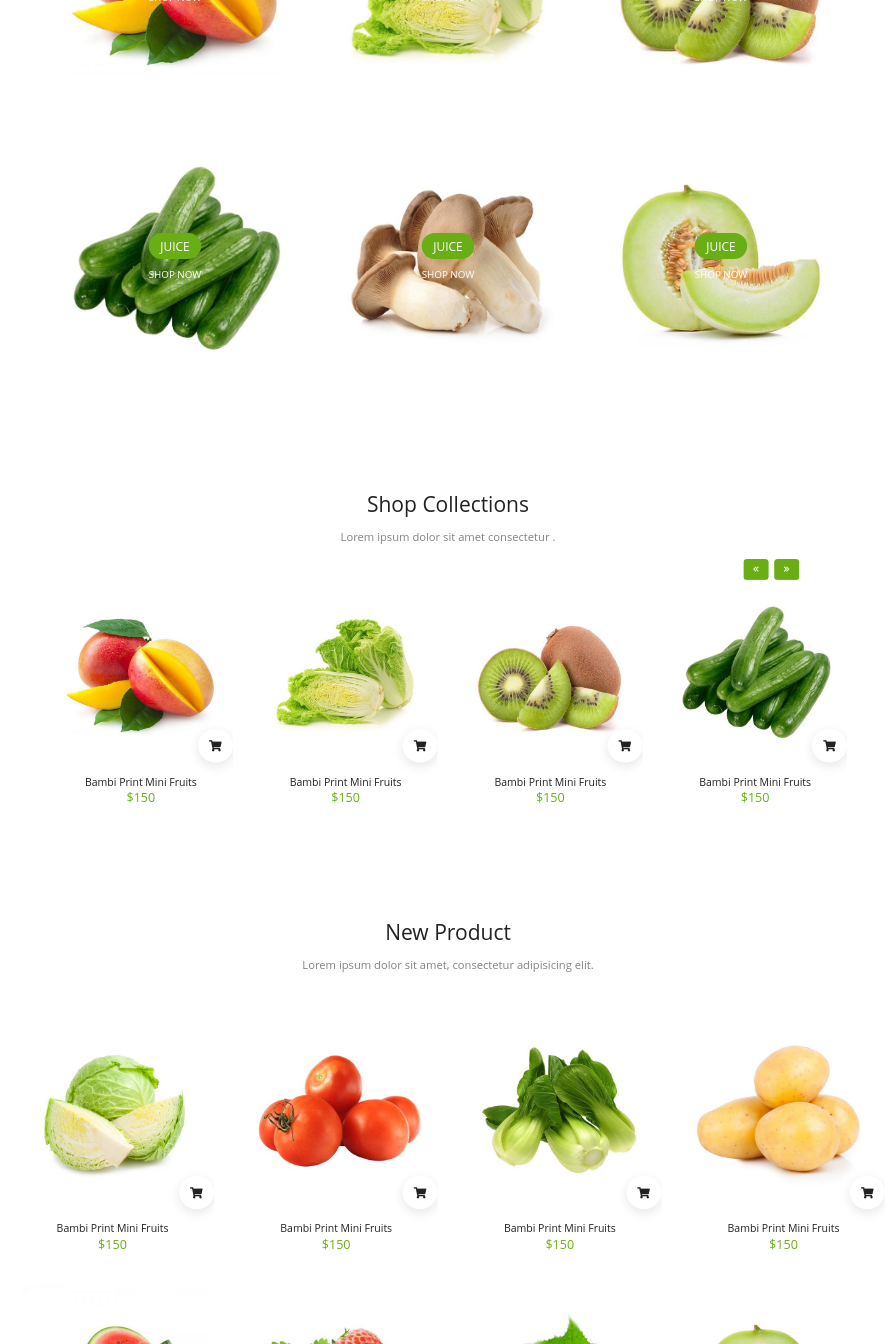
Repository: hoanggiainfomation/hoanggiainfomation.github.io
Page: index.html
These files come from the project's save history. The page is drawn as it stood at one moment and after the next save; the edit follows.
The browser window is 1280 px wide. The pictures show the part of the page from y = 1158 to 3078 px (the page is 3399 px tall), at 70% of full size.
Some web libraries are served in a nearby version.

Above is the page before, as saved 2021-08-18 00:43:04.

After the next save:
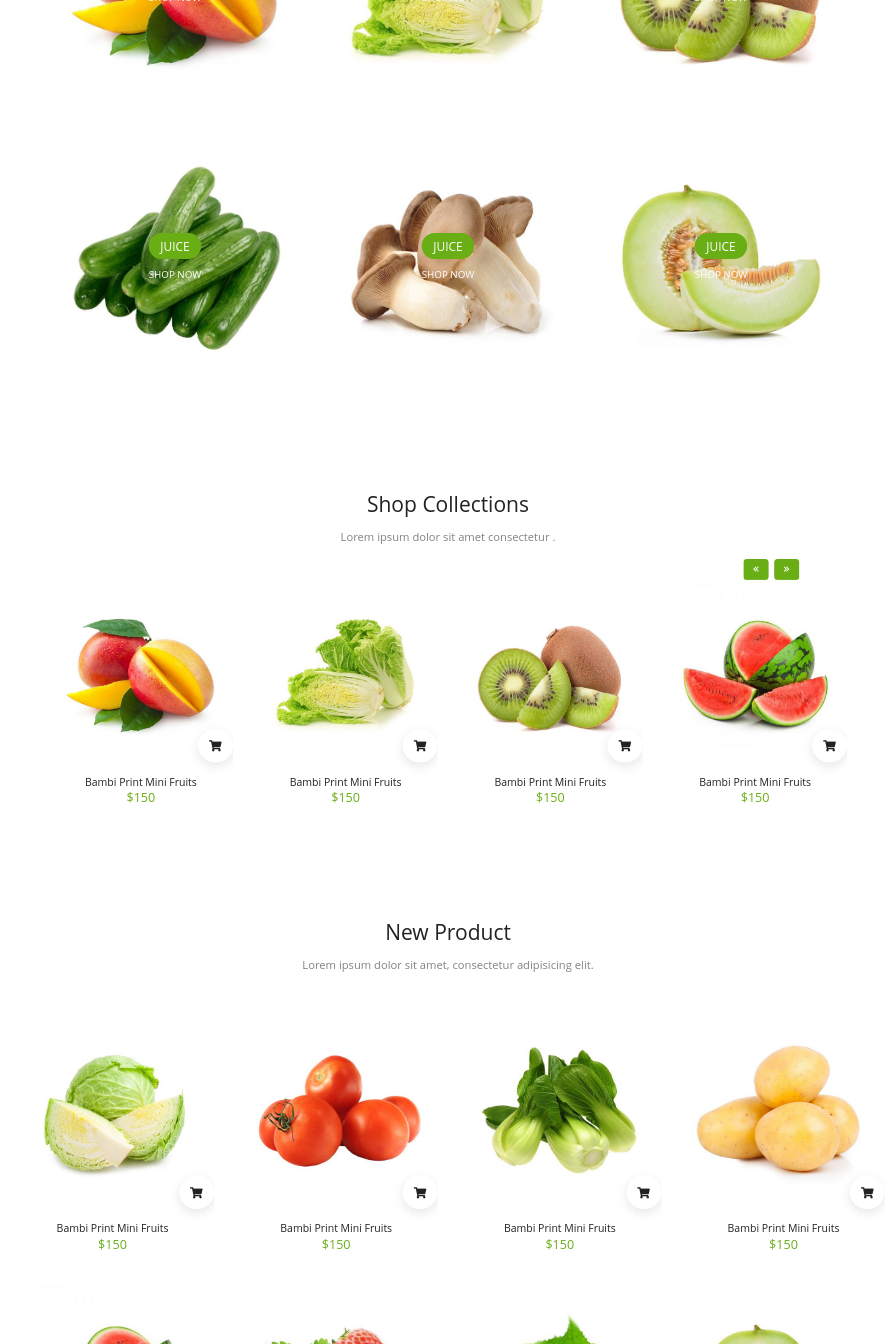
Not found: images/product-15.jpg
Saved 2 min 16 s later.
--- a/index.html
+++ b/index.html
@@ -331,6 +331,69 @@
             <div class="swiper-slide">
               <div class="product">
                 <div class="img-container">
+                  <img src="./images/product-13.jpg" alt="" />
+                  <div class="addCart">
+                    <i class="fas fa-shopping-cart"></i>
+                  </div>
+                  <ul class="side-icons">
+                    <span><i class="fas fa-search"></i></span>
+                    <span><i class="fas fa-heart"></i></span>
+                    <span><i class="fas fa-sliders-h"></i></span>
+                  </ul>
+                </div>
+                <div class="bottom">
+                  <a href="productDetails.html">Bambi Print Mini Fruits</a>
+                  <div class="price">
+                    <span>$150</span>
+                  </div>
+                </div>
+              </div>
+            </div>
+            <div class="swiper-slide">
+              <div class="product">
+                <div class="img-container">
+                  <img src="./images/product-14.jpg" alt="" />
+                  <div class="addCart">
+                    <i class="fas fa-shopping-cart"></i>
+                  </div>
+                  <ul class="side-icons">
+                    <span><i class="fas fa-search"></i></span>
+                    <span><i class="fas fa-heart"></i></span>
+                    <span><i class="fas fa-sliders-h"></i></span>
+                  </ul>
+                </div>
+                <div class="bottom">
+                  <a href="productDetails.html">Bambi Print Mini Fruits</a>
+                  <div class="price">
+                    <span>$150</span>
+                  </div>
+                </div>
+              </div>
+            </div>
+            <div class="swiper-slide">
+              <div class="product">
+                <div class="img-container">
+                  <img src="./images/product-15.jpg" alt="" />
+                  <div class="addCart">
+                    <i class="fas fa-shopping-cart"></i>
+                  </div>
+                  <ul class="side-icons">
+                    <span><i class="fas fa-search"></i></span>
+                    <span><i class="fas fa-heart"></i></span>
+                    <span><i class="fas fa-sliders-h"></i></span>
+                  </ul>
+                </div>
+                <div class="bottom">
+                  <a href="productDetails.html">Bambi Print Mini Fruits</a>
+                  <div class="price">
+                    <span>$150</span>
+                  </div>
+                </div>
+              </div>
+            </div>
+            <div class="swiper-slide">
+              <div class="product">
+                <div class="img-container">
                   <img src="./images/product-4.jpg" alt="" />
                   <div class="addCart">
                     <i class="fas fa-shopping-cart"></i>
